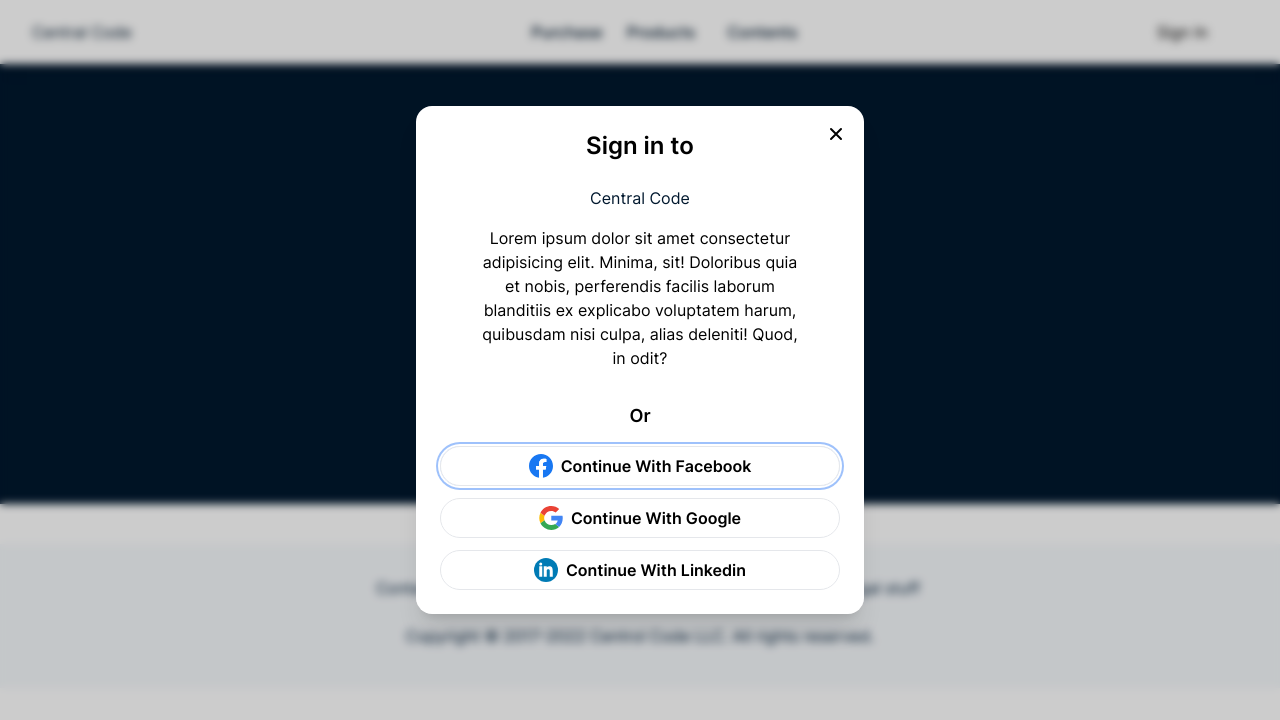
Repository: om1ars/Xjkey
Page: /privacy
These files come from the project's save history. The page is drawn as it stood at one moment and after a run of saves; the edit follows.
The browser window is 1280 px wide. The pictures show the whole page.
The project was rebuilt for these pictures with package versions that can differ from the ones it lists, and the page was loaded fresh each time. The framework's server and built-in components were replaced by stand-ins that run in the browser. Also part of the build but not shown: next.config.js.

Above is the page before, as saved 2022-03-20 23:08:17.

### src/pages/_app.tsx
import "@/css/fonts.css";
// Import Swiper styles
import "swiper/css";
import "swiper/css/free-mode";
import "swiper/css/scrollbar";
import "swiper/css/navigation";
//
import "@/css/main.scss";
import type { AppProps } from "next/app";
import { ThemeProvider } from "next-themes";
import { Header } from "@/components/Header";
import DefaultLayout from "@/layouts/DefaultLayout";
import Head from "next/head";

function MyApp({ Component, pageProps }: AppProps) {
  return (
    <>
      <Head>
        <link
          rel="stylesheet"
          href="https://cdn.jsdelivr.net/gh/devicons/devicon@latest/devicon.min.css"
        />
      </Head>
      <ThemeProvider attribute="class" defaultTheme="system">
        <DefaultLayout>
          <Component {...pageProps} />
        </DefaultLayout>
      </ThemeProvider>
    </>
  );
}

export default MyApp;

### src/pages/_document.tsx
import NextDocument, {
  Html,
  Head,
  Main,
  NextScript,
  DocumentContext,
} from 'next/document';

export default class Document extends NextDocument {
  static async getInitialProps(ctx: DocumentContext) {
    const initialProps = await NextDocument.getInitialProps(ctx);
    return { ...initialProps };
  }

  render() {
    return (
      <Html lang='en' className='dark'>
        <Head>
          <link href='/favicons/site.webmanifest' rel='manifest' />
          <link href='/favicons/favicon.ico' rel='shortcut icon' />
          <link
            href='/favicons/apple-touch-icon.png'
            rel='apple-touch-icon'
            sizes='180x180'
          />
          <link
            href='/favicons/favicon-32x32.png'
            rel='icon'
            sizes='32x32'
            type='image/png'
          />
          <link
            href='/favicons/favicon-16x16.png'
            rel='icon'
            sizes='16x16'
            type='image/png'
          />
          <link
            rel='mask-icon'
            href='/favicons/safari-pinned-tab.svg'
            color='#6366f1'
          />
          <meta content='#ffffff' name='theme-color' />
          <meta content='#ffffff' name='msapplication-TileColor' />
          <meta
            content='/favicons/browserconfig.xml'
            name='msapplication-config'
          />
        </Head>
        <body className='dark:highlight-white/5 bg-neutral-100 text-slate-900 antialiased dark:bg-gray-800 dark:text-white'>
          <Main />
          <NextScript />
        </body>
      </Html>
    );
  }
}

### src/pages/privacy.tsx
import Hero from "@/components/HomeComponents/Hero";
import React from "react";

export default function Privacy() {
  return (
    <div>
     <Hero tit />
    </div>
  );
}

### src/css/fonts.css
@font-face {
  font-family: "Inter var";
  font-weight: 100 900;
  font-display: swap;
  font-style: normal;
  font-named-instance: "Regular";
  src: url("../fonts/Inter-roman-latin.var.woff2") format("woff2");
}

@font-face {
  font-family: "Inter var";
  font-weight: 100 900;
  font-display: swap;
  font-style: italic;
  font-named-instance: "Italic";
  src: url("../fonts/Inter-italic-latin.var.woff2") format("woff2");
}

### src/css/main.scss
@tailwind base;
@tailwind components;
@tailwind utilities;
@import "./flip-card.scss";
@import "node_modules/react-modal-video/scss/modal-video.scss";

@layer base {
  .dark {
    color-scheme: dark;
  }
}

/* styling Swiper default navigations elements */
.swiper-button-next {
  background-color: theme("colors.white");
  height: 40px;
  width: 40px;
  border-radius: 100px;
  box-shadow: theme("boxShadow.lg");
  transition: all;
  transition-duration: 150ms;
}

html.dark .swiper-button-next {
  background-color: theme("colors.mainBg");
}

.swiper-button-next:hover {
  background-color: theme("colors.mainBg");
}

html.dark .swiper-button-next:hover {
  background-color: theme("colors.mainBg");
}

.swiper-button-next::after {
  color: black;
  font-size: 1rem;
  font-weight: bold;
}
html.dark .swiper-button-next::after {
  color: theme("colors.white");
}

.swiper-button-prev {
  background-color: theme("colors.white");
  height: 40px;
  width: 40px;
  border-radius: 100px;
  box-shadow: theme("boxShadow.lg");
  transition: all;
  transition-duration: 150ms;
}

html.dark .swiper-button-prev {
  background-color: theme("colors.mainBg");
}

.swiper-button-prev:hover {
  background-color: theme("colors.mainBg");
}

html.dark .swiper-button-prev:hover {
  background-color: theme("colors.mainBg");
}

.swiper-button-prev::after {
  color: black;
  font-size: 1rem;
  font-weight: bold;
}
html.dark .swiper-button-prev::after {
  color: theme("colors.white");
}

html.dark .swiper-scrollbar {
  background: rgb(255, 255, 255, 0.2);
}
html.dark .swiper-scrollbar-drag {
  background: rgb(255, 255, 255, 0.6);
}
/* end of styling Swiper default navigations elements */

.front_main_drop:hover .front_sub_drop {
  display: block;
}
.back_main_drop:hover .back_sub_drop {
  display: block;
}

::-webkit-scrollbar {
  width: 4px;
}

/* Handle */
::-webkit-scrollbar-thumb {
  background: #626ee3;
  border-radius: 6px;
}

/* Handle on hover */
::-webkit-scrollbar-thumb:hover {
  background: #535DC5;
}

### src/layouts/DefaultLayout.tsx
import Footer from "@/components/Footer";
import { Header } from "@/components/Header";
import React, { FC } from "react";

export default function DefaultLayout({ children }: any) {
  return (
    <div>
      <Header />
      <main>{children}</main>
      <Footer />
    </div>
  );
}

### src/components/HomeComponents/Hero.tsx
import React, { useEffect, useState } from "react";
import Image from "next/image";
import { Transition } from "@headlessui/react";
import { Button, IconButton } from "../Button";

const Hero = ({ title, subtitle }: any) => {
  const [showBanner, setShowBanner] = useState(true);
  return (
    <>
      <div className="relative h-[640px] w-full bg-mainBg text-white sm:h-[55vh] md:h-[440px]">
        {/* <Image
          src="/img/corporate.jpg"
          alt="corporate"
          layout="fill"
          objectFit="cover"
        /> */}
        <div className="absolute inset-0 bg-neutral-900/70">
          <div className="mx-auto max-w-screen-lg">
            <div className="m-6 min-h-[60px]">

            </div>
            <div className="mx-4  mt-16 flex flex-col items-center text-center">
              <h1 className="text-xl font-extrabold uppercase tracking-wide text-white sm:text-4xl md:text-3xl lg:text-4xl">
                {title}
              </h1>
              <span className="mt-6 text-xl text-white sm:text-2xl">
                {subtitle}
              </span>

              <div className="mt-8">
                {/* <SearchForm /> */}
              </div>
            </div>
          </div>
        </div>
      </div>
      {/* <HeroBottomCard /> */}
    </>
  );
};

export default Hero;

const HeroInnerBanner: React.FC<{ show: boolean; onClose: () => void }> = ({
  show,
  onClose,
}) => {
  return (
    <Transition
      show={show}
      enter="transition-opacity duration-75"
      enterFrom="opacity-0"
      enterTo="opacity-100"
      leave="transition-opacity duration-150"
      leaveFrom="opacity-100"
      leaveTo="opacity-0"
    >
      <div className="relative rounded bg-gradient-to-r from-purple-500 to-indigo-800 py-3 px-8 text-center text-white shadow-lg md:rounded-full">
        <p>
          Welcome to <span className="font-bold">HIREDLi</span>. An easier and
          faster job discovery platform.
        </p>
        <span className="absolute top-1 right-1 sm:top-2 sm:right-2">
          <IconButton
            aria-label="close banner"
            variant="ghost"
            size="sm"
            onClick={onClose}
          >
            <svg
              className="h-6 w-6"
              fill="none"
              viewBox="0 0 24 24"
              stroke="currentColor"
            >
              <path
                strokeLinecap="round"
                strokeLinejoin="round"
                strokeWidth={2}
                d="M6 18L18 6M6 6l12 12"
              />
            </svg>
          </IconButton>
        </span>
      </div>
    </Transition>
  );
};

const items = [
  "Algorithms adn DSA",
  "Advanced React.js",
  "Interview questions",
];

const SearchForm = () => {
  const [query, setQuery] = useState("");
  const [isDirty, setIsDirty] = useState(false);

  useEffect(() => {
    let index = 0;
    let interval = setInterval(() => {
      if (!isDirty) {
        let value = items[index >= items.length ? (index = 0) : index];
        setQuery(value);
      }
      index++;
    }, 2000);

    return () => {
      clearInterval(interval);
    };
  }, [isDirty]);

  return (
    <form
      className="group"
      onSubmit={(e) => {
        e.preventDefault();
      }}
    >
      <div
        id="form-control"
        className="flex items-center overflow-hidden rounded-full bg-white shadow-md group-focus-within:ring-2 group-focus-within:ring-indigo-400 group-focus-within:ring-offset-2 group-focus-within:ring-offset-transparent"
      >
        <span className="pointer-events-none block px-2 text-textBold group-focus-within:text-textBold">
          <svg
            className="h-6 w-6"
            fill="none"
            viewBox="0 0 24 24"
            stroke="currentColor"
          >
            <path
              strokeLinecap="round"
              strokeLinejoin="round"
              strokeWidth={2}
              d="M21 21l-6-6m2-5a7 7 0 11-14 0 7 7 0 0114 0z"
            />
          </svg>
        </span>
        <input
          className="w-full outline-none border-none appearance-none border-transparent p-2 text-xl leading-6 text-textBold placeholder-textBold focus:border-transparent focus:ring-0"
          type="text"
          aria-label="Search input"
          placeholder="Search for anything"
          onClick={() => {
            if (!isDirty) {
              setIsDirty(true);
              setQuery("");
            }
          }}
          value={query}
          onChange={(e) => setQuery(e.target.value)}
        />
        <button
          type="submit"
          className="hidden h-11 shrink-0  bg-buttonBg px-2 font-semibold text-white transition-colors duration-500 ease-in-out hover:bg-buttonHover sm:block"
        >
          Discover Now
        </button>
      </div>
      <Button size="lg" type="submit" className="mt-8 sm:hidden">
        Discover Now
      </Button>
    </form>
  );
};

### src/css/flip-card.scss
.algo_flip_card_container {
  width: 100%;
  padding: 40px;
  height: 100%;
  background: #02203c;
  //   display: flex;
  justify-content: center;
  align-items: center;
}
.services-box {
  display: flex;
  justify-content: center;
  align-items: center;
  flex-wrap: wrap;
}

.service {
  margin: 8px;
}

.flip-box {
  background-color: transparent;
  width: 300px;
  height: 200px;
  //   border: 1px solid #15314b;
  border-radius: 10px;
  perspective: 1000px;
}

.flip-box-inner {
  position: relative;
  width: 100%;
  height: 100%;
  text-align: center;
  transition: transform 0.4s;
  transform-style: preserve-3d;

  display: flex;
  justify-content: center;
  align-items: center;
}

.flip-box:hover .flip-box-inner {
  transform: rotateY(180deg);
}

.flip-box-front,
.flip-box-back {
  position: absolute;
  width: 100%;
  height: 100%;
  -webkit-backface-visibility: hidden;
  backface-visibility: hidden;

  display: flex;
  justify-content: center;
  align-items: center;
  flex-direction: column;
}

.flip-box-front {
  background-color: #15314b;
  color: white;
  border-radius: 4px;
}

.flip-box-front img {
  height: 50px;
  width: 50px;
}

.flip-box-back {
  background-color: #15314b;
  color: white;
  transform: rotateY(180deg);
  border-radius: 4px;
  padding: 16px;
}

### src/components/Footer.tsx
import Link from "next/link";
import React from "react";

export default function Footer() {
  return (
    <div>
      <div className="mt-10 flex flex-col items-center justify-center bg-whiteBg pl-48 pr-48 pt-8 pb-10 text-textBold">
        <div className="sm:flex sm:flex-wrap md:flex md:flex-wrap lg:flex ">
          <div className="ml-4 flex ">
            <span className="mr-2 ml-2">
              <Link href="/help">Contact us</Link>
            </span>
            <div className=" ml-2 w-0.5 bg-textColor"></div>
          </div>
          <div className="ml-4 flex ">
            <span className="mr-2 ml-2">
              <Link href="/help">FAQ</Link>
            </span>
            <div className=" ml-2 w-0.5 bg-textColor"></div>
          </div>
          <div className="ml-4 flex ">
            <span className="mr-2 ml-2">Reviews</span>
            <div className=" ml-2 w-0.5 bg-textColor"></div>
          </div>
          <div className="ml-4 flex ">
            <span className="mr-2 ml-2">
              <Link href="/blog">Blogs</Link>
            </span>
            <div className=" ml-2 w-0.5 bg-textColor"></div>
          </div>
          <div className="ml-4 flex ">
            <span className="mr-2 ml-2">Jobs</span>
            <div className=" ml-2 w-0.5 bg-textColor"></div>
          </div>
          <div className="ml-4 flex ">
            <span className="mr-2 ml-2 ">
              <Link href="/privacy">Legal stuff</Link>
            </span>
          </div>
        </div>
        <div className="mt-6">
          <span>
            Copyright © 2017-2022 Centrol Code LLC. All rights reserved.
          </span>
        </div>
      </div>
    </div>
  );
}

### src/components/Button/index.tsx
import React, { forwardRef } from "react";
import { __DEV__ } from "@/utils/assertions";

type BaseButtonProps = Omit<React.HTMLProps<HTMLButtonElement>, "size">;

/* === Button Element === */

export interface ButtonProps extends BaseButtonProps {
  children: React.ReactNode;
  fullWidth?: boolean;
  className?: string;
  variant?: "solid" | "outline" | "ghost";
  size?: "sm" | "md" | "lg";
  as?: string;
  isExternal?: boolean;
  type?: "button" | "submit" | "reset";
}

export const Button = forwardRef<HTMLButtonElement, ButtonProps>(
  (
    {
      children,
      variant = "solid",
      size = "md",
      fullWidth = false,
      className,
      as = "button",
      isExternal = false,
      ...rest
    },
    ref
  ) => {
    let tempClassNames: string[] = [];

    const sharedClasses = [
      "capitalize",
      "focus:outline-none",
      "focus:ring-2",
      "focus:ring-sky-400",
      "focus:ring-offset-2",
      "focus:ring-offset-sky-50",
      "font-semibold",
      "rounded-full",
      "inline-flex",
      "flex-shrink-0",
      "items-center",
      "justify-center",
      "transition-colors",
      "ease-in-out",
      "duration-500",
    ];

    if (fullWidth) sharedClasses.push("w-full");

    // handle variants
    let btnSolid = ["bg-sky-600", "hover:bg-sky-700", "text-white"];
    let btnOutline = [
      "dark:text-white",
      "hover:text-sky-700",
      "hover:dark:text-sky-700",
      "bg-transparent",
      "hover:bg-sky-50",
      "border",
      "border-sky-600",
    ];
    let btnGhost = [
      "bg-transparent",
      "dark:text-white",
      "hover:bg-sky-50",
      "hover:text-sky-700",
      "hover:dark:text-sky-700",
    ];

    if (variant === "solid") {
      tempClassNames = [...sharedClasses, ...btnSolid];
    } else if (variant === "outline") {
      tempClassNames = [...sharedClasses, ...btnOutline];
    } else if (variant === "ghost") {
      tempClassNames = [...sharedClasses, ...btnGhost];
    }

    // handle sizes
    let sizeSm = ["h-8", "px-2", "text-sm"];
    let sizeMd = ["h-10", "px-3"];
    let sizeLg = ["h-12", "px-4", "text-lg"];

    if (size === "sm") {
      tempClassNames = [...tempClassNames, ...sizeSm];
    } else if (size === "md") {
      tempClassNames = [...tempClassNames, ...sizeMd];
    } else if (size === "lg") {
      tempClassNames = [...tempClassNames, ...sizeLg];
    }

    let classes = tempClassNames.join(" ");

    let Element = as ? (
      React.createElement(
        as,
        {
          className: `${classes} ${className}`,
          target: isExternal ? "_blank" : undefined,
          rel: isExternal ? "noopener noreferrer" : undefined,
          ref,
          ...rest,
        },
        children
      )
    ) : (
      <button {...rest} className={`${classes} ${className}`} ref={ref}>
        {children}
      </button>
    );

    return Element;
  }
);

if (__DEV__) {
  Button.displayName = "Button";
}

/* === IconButton Element === */

export interface IconButtonProps extends ButtonProps {
  icon?: React.ReactElement;
  "aria-label": string;
}

export const IconButton = forwardRef<HTMLButtonElement, IconButtonProps>(
  (
    {
      children,
      icon,
      className,
      "aria-label": ariaLabel,
      size = "md",
      ...rest
    },
    ref
  ) => {
    let sharedClasses = ["rounded-full", "!px-0"];

    // handle sizes
    let sizeSm = ["w-8"];
    let sizeMd = ["w-10"];
    let sizeLg = ["w-12"];

    if (size === "sm") {
      sharedClasses = [...sharedClasses, ...sizeSm];
    } else if (size === "md") {
      sharedClasses = [...sharedClasses, ...sizeMd];
    } else if (size === "lg") {
      sharedClasses = [...sharedClasses, ...sizeLg];
    }

    /**
     * Passing the icon as prop or children should work
     */
    const element = icon || children;
    const _children = React.isValidElement(element)
      ? React.cloneElement(element as any, {
          "aria-hidden": true,
          focusable: false,
        })
      : null;

    let classes = sharedClasses.join(" ");
    return (
      <Button
      className={`${classes} ${className}`}
        aria-label={ariaLabel}
        size={size}
        {...rest}
        ref={ref}
      >
        {_children}
      </Button>
    );
  }
);

if (__DEV__) {
  IconButton.displayName = "IconButton";
}

### src/components/Logo.tsx
import clsx from "clsx";
import React from "react";

export default function Logo() {
  return (
    <span
      className='text-mainBg'
    >
      Central Code
    </span>
  );
}

### src/utils/assertions.ts
export const __DEV__ = process.env.NODE_ENV !== "production";

Loaded but not shown: tailwind.config.js (40 lines, source omitted); src/components/Header.tsx (386 lines, source omitted); src/components/HomeComponents/AuthenticationDialog.tsx (206 lines, source omitted); src/components/ThemeToggle.tsx (220 lines, source omitted)

After the next 2 saves:
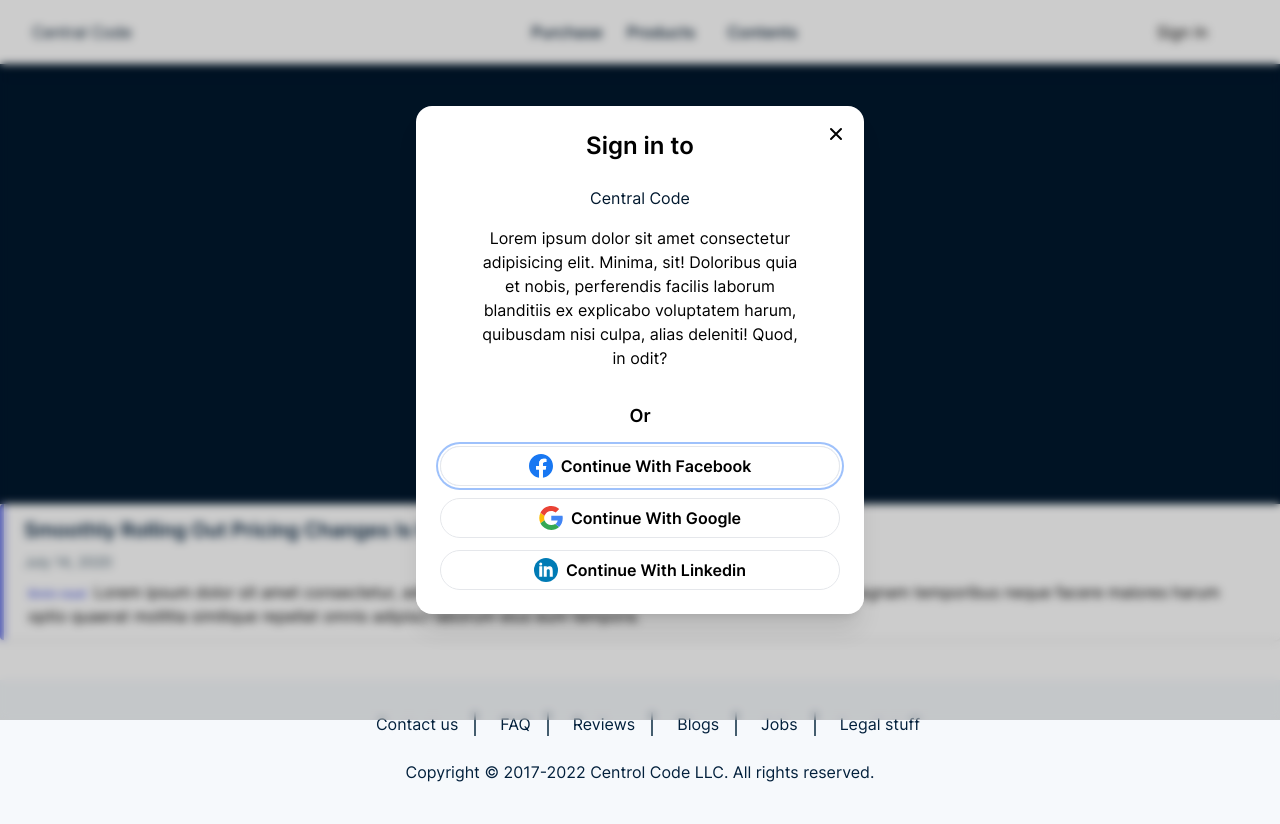
The 2 saves are shown as one change because they came seconds apart.
The last was saved 5 s later.
--- a/src/pages/privacy.tsx
+++ b/src/pages/privacy.tsx
@@ -4,7 +4,34 @@ import React from "react";
 export default function Privacy() {
   return (
     <div>
-     <Hero tit />
+     <Hero title='' />
+     <div className="rounded border-l-4 border-buttonBg bg-white py-3 px-5 shadow transition-all hover:-translate-y-1 hover:shadow-lg">
+        <div className="flex flex-row items-center justify-between">
+          <div>
+            <h6 className="text-xl font-semibold  text-textBold">
+              Smoothly Rolling Out Pricing Changes Is Hard.
+            </h6>
+            <h4 className="mt-2 mb-2  text-left text-sm text-textColor">
+              July 14, 2020
+            </h4>
+          </div>
+          <div></div>
+        </div>
+        <div className="flex flex-row items-center justify-start text-left">
+          <span className="mr-1"></span>
+          <p>
+            <span className="mr-2 text-xs  font-semibold  text-buttonBg">
+              6min read
+            </span>
+            <span>
+              Lorem ipsum dolor sit amet consectetur, adipisicing elit.
+              Accusantium quod asperiores quam, quos, magnam temporibus neque
+              facere maiores harum optio quaerat mollitia similique repellat
+              omnis adipisci laborum eius eum tempora.{" "}
+            </span>
+          </p>
+        </div>
+      </div>
     </div>
   );
 }
